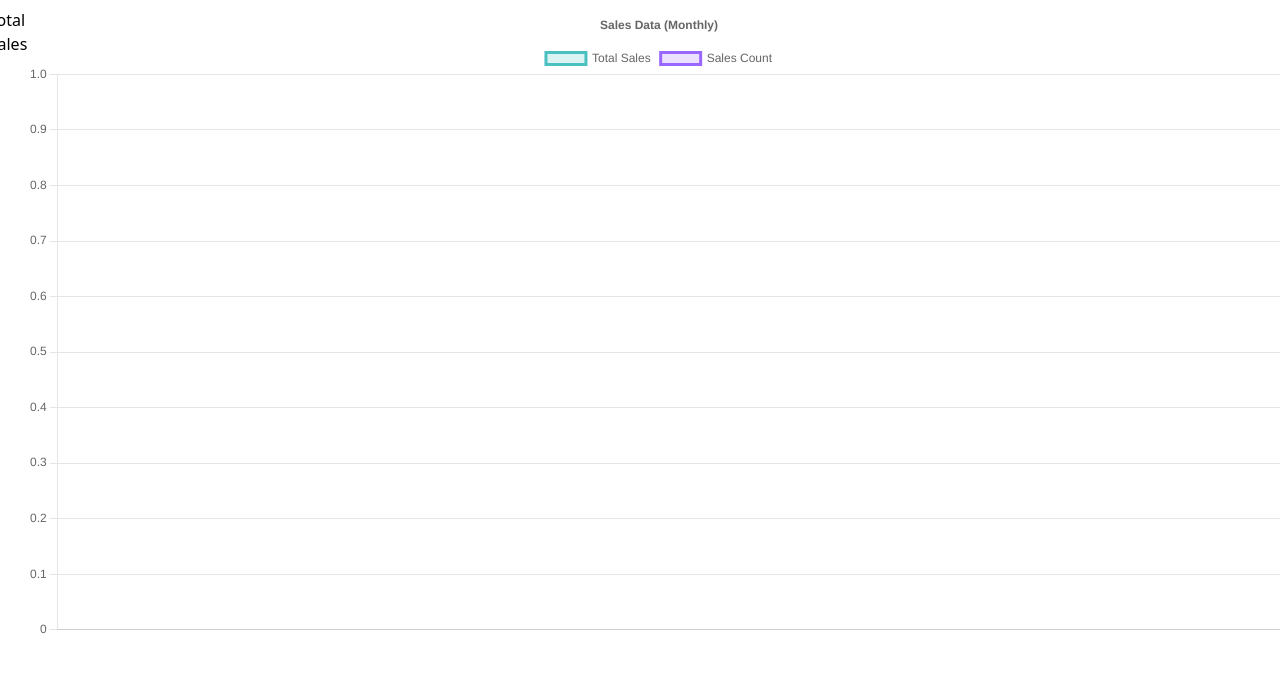
Repository: Qu4ntumGuy/visualize-it
Page: / (app in frontend/)
These files come from the project's save history. The page is drawn as it stood at one moment and after the next save; the edit follows.
The browser window is 1280 px wide. The pictures show the whole page.
The page's requests for data from a server got no answer. The project was rebuilt for these pictures with package versions that can differ from the ones it lists, and the page was loaded fresh each time. No one was signed in, and anything a server would have sent is missing.

Above is the page before, as saved 2024-08-19 14:08:29.

After the next save:
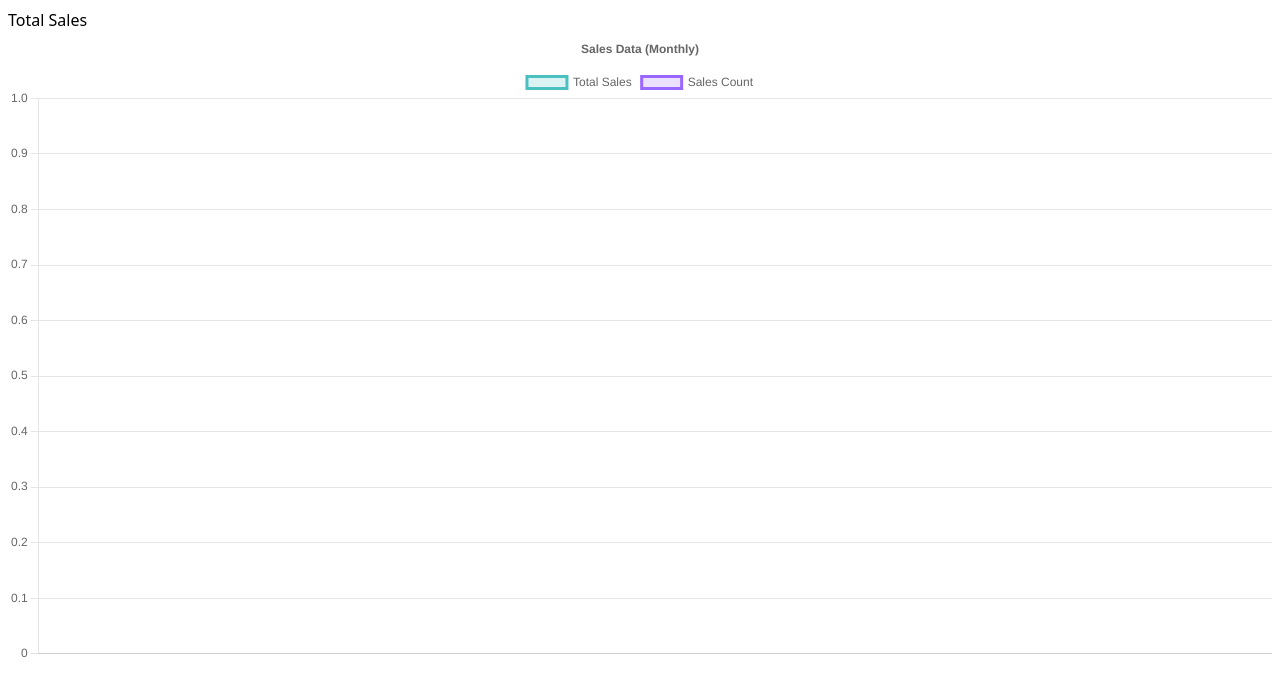
Saved 85 s later.
--- a/frontend/src/App.js
+++ b/frontend/src/App.js
@@ -24,7 +24,7 @@ function App() {
 
   return (
     <div className="h-screen overflow-hidden">
-      <div className="flex justify-center h-screen p-2 max-w-7xl mx-auto">
+      <div className="h-screen p-2 max-w-7xl mx-auto">
         <div>Total Sales</div>
         <TotalSales dataType={dataType} fetchedData={data} />
         <div></div>
